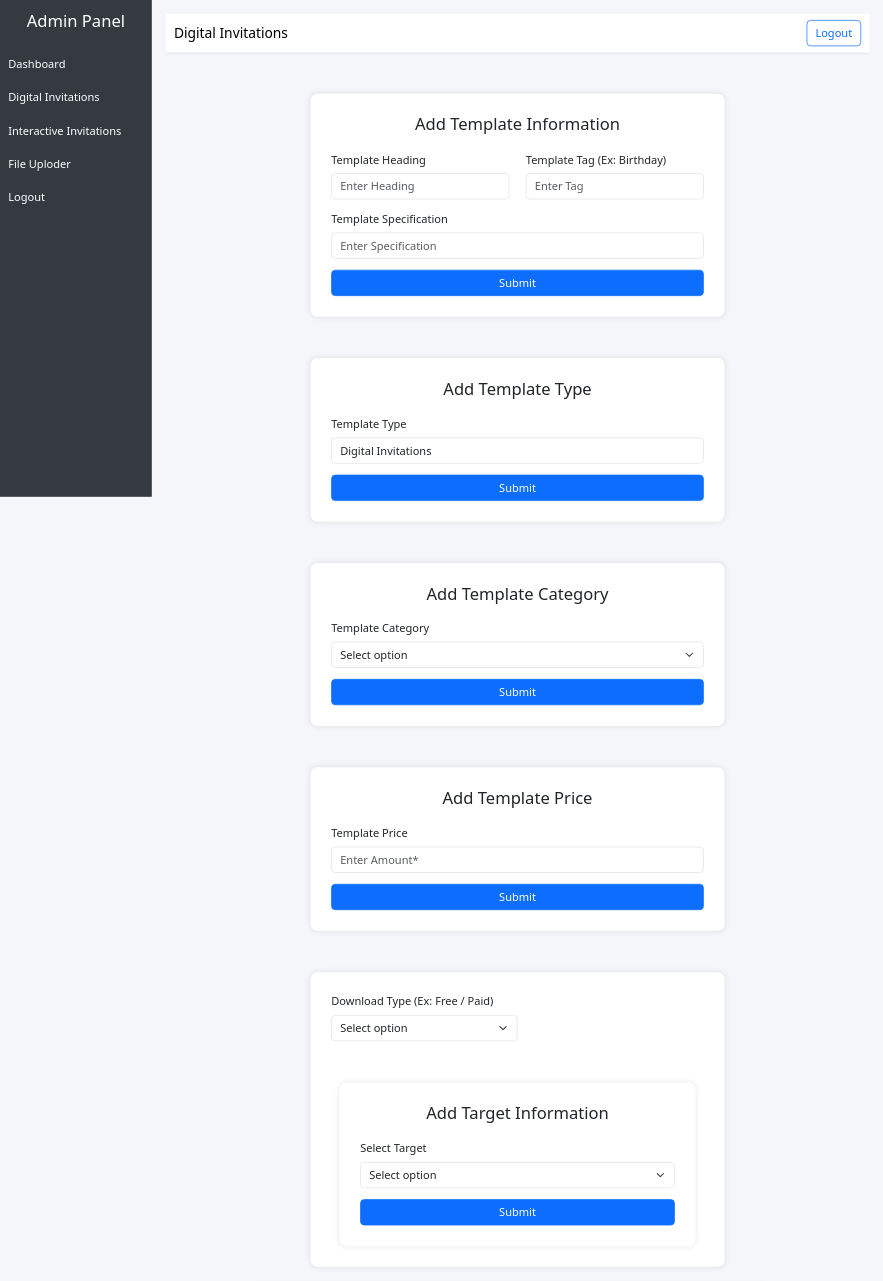
Repository: viraj7551/Flying-Invite-Project
Page: http://localhost/Admin03/digital_invitation.jsp
An editor plug-in stored every save of this project. The page is shown before and after the next save, followed by the edit.
The browser window is 1280 px wide. The pictures show the whole page, at 69% of full size.
Some web fonts or font styles are not loaded; a fallback is used. The page is served by Tomcat 9.

Above is the page before, as saved 2026-07-18 17:39:15.

After the next save:
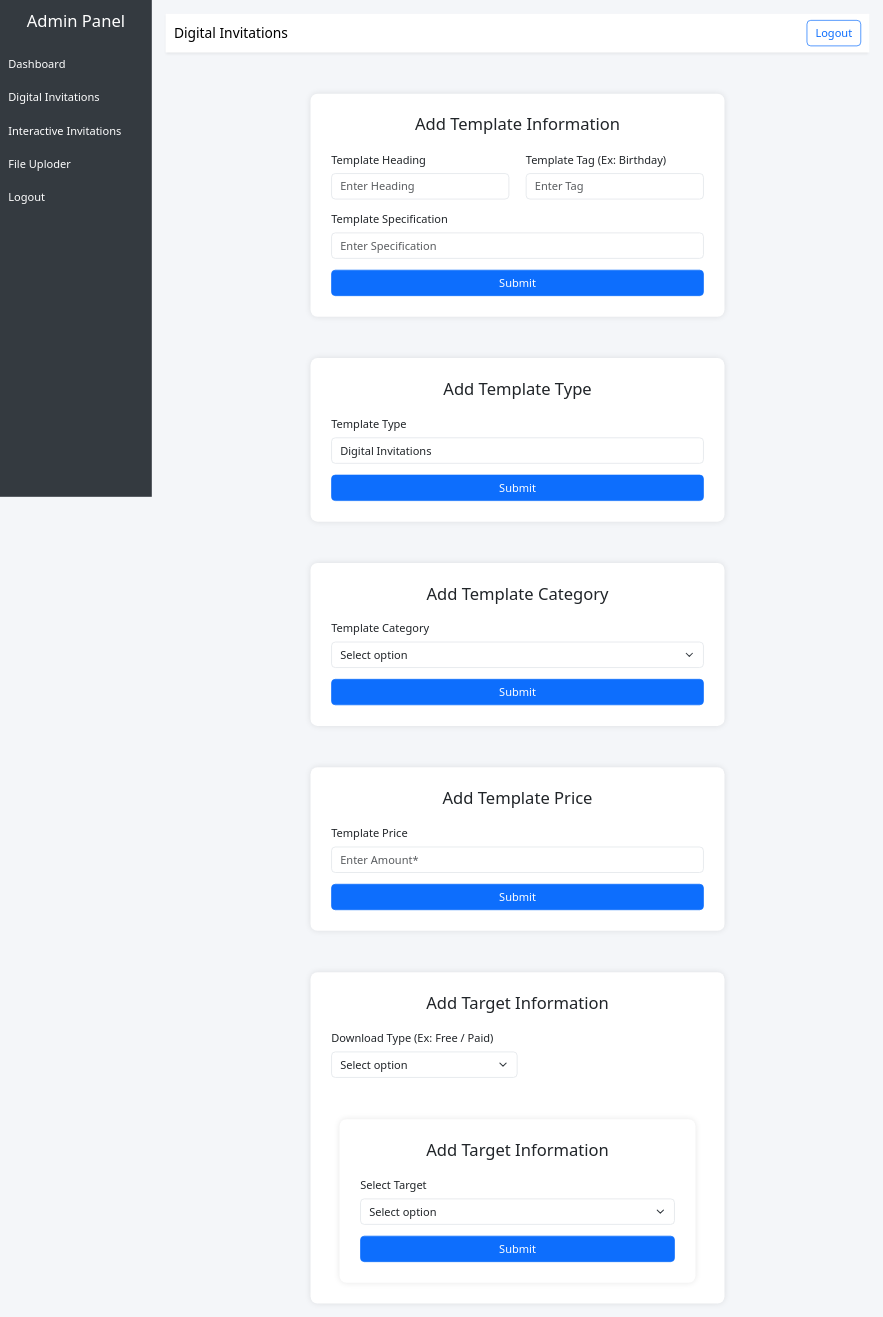
Saved 30 s later.
--- a/Admin03/WebContent/digital_invitation.jsp
+++ b/Admin03/WebContent/digital_invitation.jsp
@@ -232,6 +232,9 @@
 <!-- -------------------Form 5 starts here ------------->
 <div class="container">
   <div class="form-container">
+      <h4 class="mb-4 text-center">Add Target Information</h4>
+      <form method="POST" action="/Admin03/SetTargetInformation">
+
      <div class="col-md-6 mb-3">
               <label class="form-label">Download Type (Ex: Free / Paid)</label>
               <select class="form-select" name="template_download_type">
@@ -240,6 +243,8 @@
                  <option value="Pay">Pay</option>
              </select>
      </div>
+
+     </form>
 
 
 

After the save that followed:
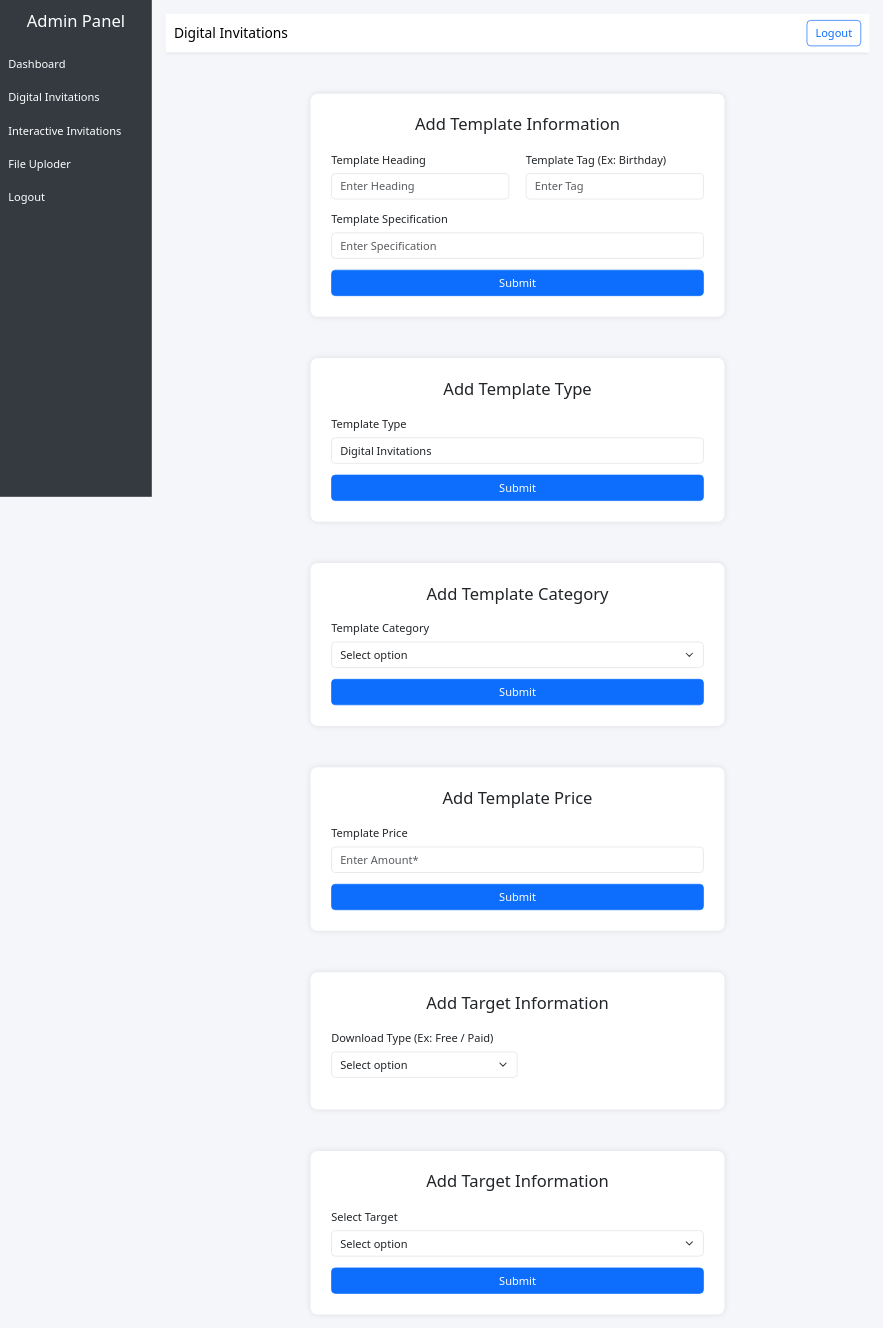
Saved 9 s later.
--- a/Admin03/WebContent/digital_invitation.jsp
+++ b/Admin03/WebContent/digital_invitation.jsp
@@ -245,6 +245,9 @@
      </div>
 
      </form>
+
+   </div>
+ </div>
 
 
 
